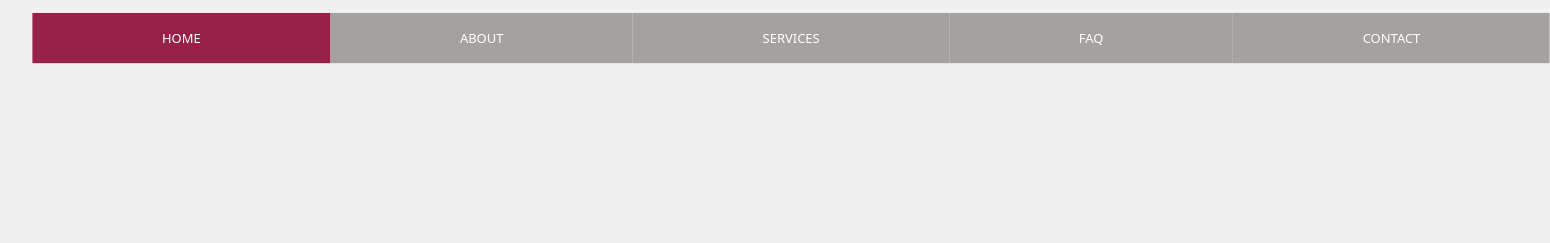
Repository: sriram1224/reactas1.github.io
Page: /
An editor plug-in stored every save of this project. The page is shown before and after the next save, followed by the edit.
The browser window is 1280 px wide. The page is 1913 px wide, so the pictures cover 1913 px, including what lies to the right of the window. The pictures show the whole page, at 81% of full size.
Some web fonts or font styles are not loaded; a fallback is used. The project was rebuilt for these pictures with package versions that can differ from the ones it lists, and the page was loaded fresh each time.

Above is the page before, as saved 2024-03-05 07:11:43.

### public/index.html
<!DOCTYPE html>
<html lang="en">
  <head>
    <meta charset="utf-8" />

    <meta name="viewport" content="width=device-width, initial-scale=1" />
    <meta name="theme-color" content="#000000" />
    <meta
      name="description"
      content="Web site created using create-react-app"
    />
    <link rel="stylesheet" href="./style.css">

    <title>React App</title>
  </head>
  <body>

    <div id="root"></div>


  </body>
</html>

### src/App.js
import Nav from './Components/Nav';
import './App.css';

function App() {
  return (
    <div className="App">
     <Nav />
    </div>
  );
}

export default App;

### src/Components/Nav.js

import Navc from './Nav.css';
function Nav(){
    return (
        <nav className='Nav'>
            <ul>
                <li id='first'>HOME</li>
                <li>ABOUT</li>
                <li>SERVICES</li>
                <li>FAQ</li>
                <li>CONTACT</li>
            </ul>
        </nav>
    )
}
export default Nav;

### src/Components/Nav.css

@import url('https://fonts.googleapis.com/css2?family=Noto+Sans:ital,wght@0,100..900;1,100..900&family=Protest+Revolution&display=swap');
body{
    font-family: "Noto Sans", sans-serif;
    margin: 0%;
    padding: 0%;
}
.Nav{
    display: flex;
    justify-content: space-between;
    align-items: center;
    color: white;
    width: 100%;
}
.Nav ul{
    display: flex;

    align-items: center;
    list-style: none;

    width: 96%;

}
.Nav ul li{
    padding: 20px 10rem;

    background-color: rgb(165,161,158);
    text-align: center;
}
#first{
    color: white;
    background-color: rgb(151,32,72);
}

### public/style.css

@import url('https://fonts.googleapis.com/css2?family=Noto+Sans:ital,wght@0,100..900;1,100..900&family=Protest+Revolution&display=swap');

body{
    background-color: #f0f0f0;
    font-family: "Protest Revolution", sans-serif;
    margin: 0;
    padding: 0;
}

### src/Components/Header.js
import Nav from "./Nav";

function Header() {
  return (
    <header>
      <h1>Family Wellness</h1>
      <Nav />
    </header>
  );
}
export default Header;

Loaded but not shown: src/index.js (common file); src/index.css (common file); src/reportWebVitals.js (common file); src/App.css (common file)

After the next save:
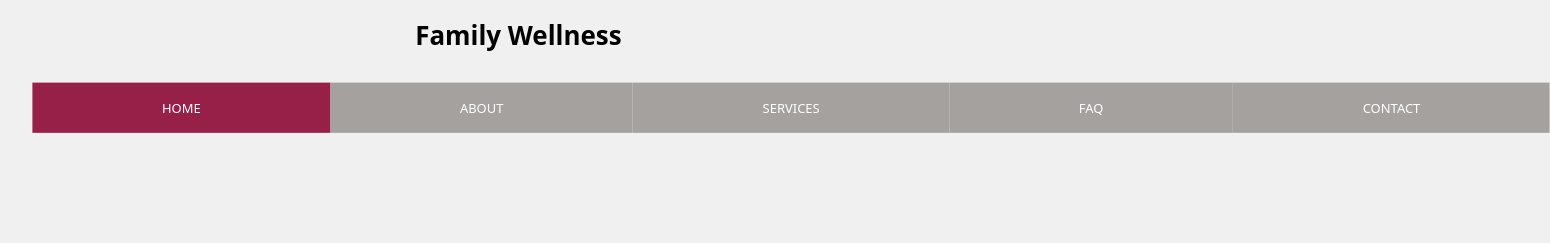
Saved 39 s later.
--- a/src/App.js
+++ b/src/App.js
@@ -1,10 +1,10 @@
-import Nav from './Components/Nav';
+import Header from './Components/Header.js';
 import './App.css';
 
 function App() {
   return (
     <div className="App">
-     <Nav />
+     <Header />
     </div>
   );
 }
